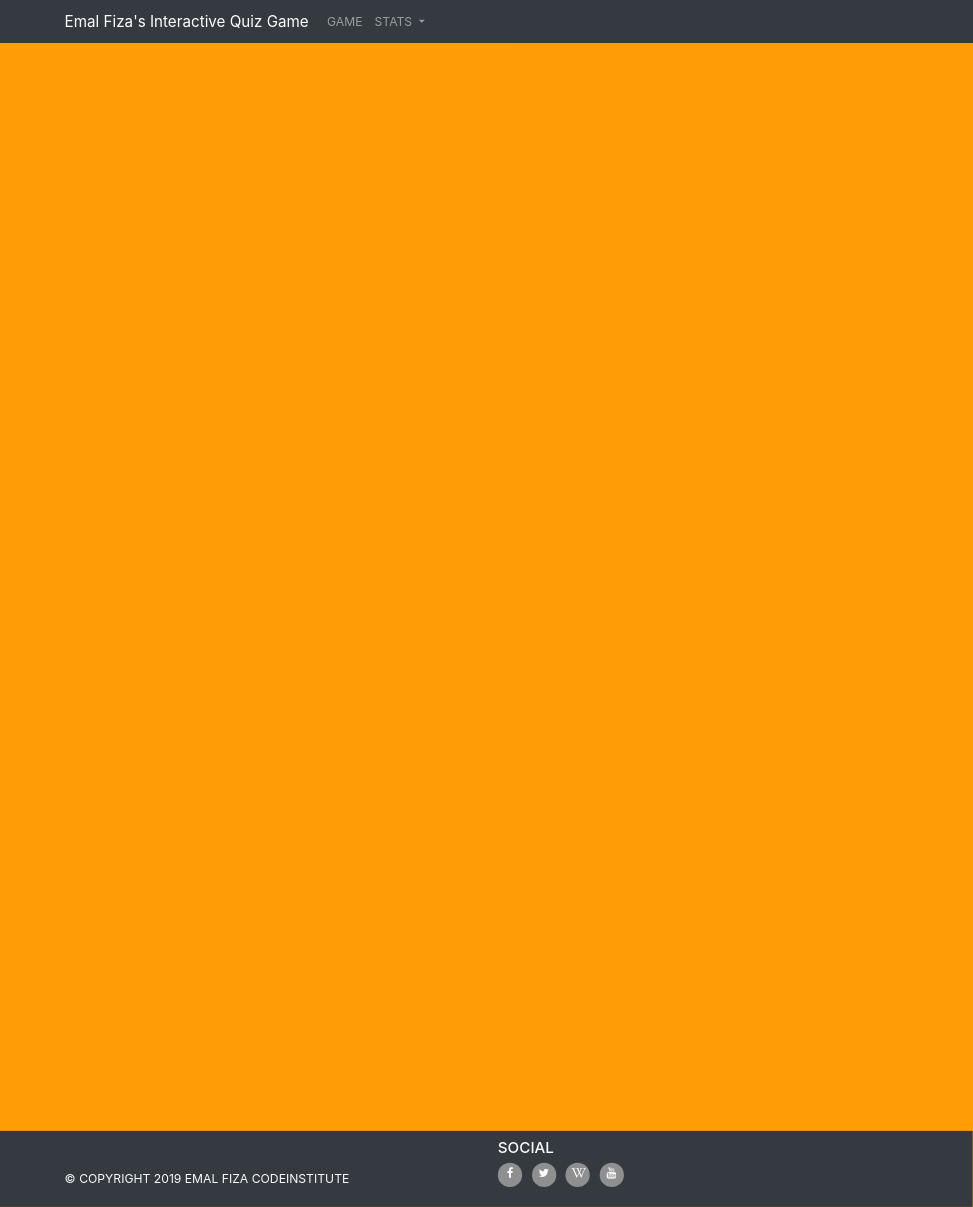
Repository: emalfiza/interactive-quiz-game
Page: index.html
The author's editor kept a record of every edit. The page is drawn from the files as they stood at one moment, then again after the next edit.
The browser window is 1280 px wide. The pictures show the whole page, at 76% of full size.
Some web fonts or font styles are not loaded; a fallback is used. Some web libraries are served in a nearby version.

Above is the page before.
Console error: TypeError: $(...).scrollspy is not a function

### index.html
<!DOCTYPE html>
<html lang="en">

<head>
    <meta charset="UTF-8">
    <meta name="viewport" content="width=device-width, initial-scale=1.0">
    <meta http-equiv="X-UA-Compatible" content="ie=edge">
    <!-- font awesome library -->
    <link rel="stylesheet" href="https://stackpath.bootstrapcdn.com/font-awesome/4.7.0/css/font-awesome.min.css" type="text/css">
    <!-- Bootstrap CDN -->
    <link rel="stylesheet" href="https://stackpath.bootstrapcdn.com/bootstrap/4.3.1/css/bootstrap.min.css" integrity="sha384-ggOyR0iXCbMQv3Xipma34MD+dH/1fQ784/j6cY/iJTQUOhcWr7x9JvoRxT2MZw1T" crossorigin="anonymous">
    <!-- local style sheet link to my css file comes after to make sure it render over bootstrap style -->
    <link rel="stylesheet" href="assets/css/style.css" type="text/css" />
    <title>Ineractive Quiz Game</title>
</head>

<body>
    <!-- Bootstrap navbar to hold the nav bar for the page -->
    <header>
        <nav id="mainNav" class="navbar navbar-expand-md bg-dark navbar-dark fixed-top">
            <div class="container">
                <a class="navbar-brand" href="#">Emal Fiza's Interactive Quiz Game</a>

                <!-- Toggler/collapsibe Button -->
                <button class="navbar-toggler" type="button" data-toggle="collapse" data-target="#collapsibleNavbar">
		        <span class="navbar-toggler-icon"></span>
		        </button>

                <!-- Navbar links -->
                <div class="collapse navbar-collapse" id="collapsibleNavbar">
                    <ul class="navbar-nav">
                        <li class="nav-item">
                            <a class="nav-link" href="game">GAME</a>
                        </li>
                        <li class="nav-item dropdown">
                            <a class="nav-link dropdown-toggle" data-toggle="dropdown" href="#">STATS
							<span class="caret"></span></a>
                            <ul class="dropdown-menu">
                                <li><a class="dropdown-item" href="#">Score</a></li>
                                <li><a class="dropdown-item" href="#">Correct Answers</a></li>
                            </ul>
                        </li>
                    </ul>
                </div>
            </div>
        </nav>
    </header>

    <!-- Main Bootstrap class padding 5 to hold the main content of the game -->
    <main class="pt-5">

        <!-- section to hold content for quiz game -->
        <section id="game" class="min-vw-100 min-vh-100">
            <!-- Bootsttrap predefined button class from the bootstarp ducomentation -->
            <div id="fullQuiz">
                <div>
                    <h1 id="heading1">TAKE THE QUIZ</h1>
                </div>
                <button id="physics" type="button" class="btn btn-primary">Physics</button>
                <button id="maths" type="button" class="btn btn-primary">Maths</button>
                <button id="general" type="button" class="btn btn-primary">General Knowledge</button>
                <button id="startButton" type="button">Start!</button>
            </div>
            <div id="quizDiv">
            </div>
        </section>

        <!-- section to hold content for stats of the game -->
        <section id="stats" class="min-vw-100 min-vh-100">

        </section>
    </main>

    <!--Footer html codes copy pasted from my Stream One Project: User-Centric Frontend Development - project-kabul Code Institute-->
    <footer class="container-fluid footer">
        <div class="container">
            <div class="row">
                <div class="col-sm-6">
                    <p class="uppercase general-sub special">&copy; Copyright 2019 Emal Fiza CodeInstitute</p>
                </div>
                <div class="col-sm-6">
                    <h5 class="uppercase general-sub">Social</h5>
                    <ul class="list-inline social-links">
                        <li class="list-inline-item">
                            <a target="_blank" href="https://www.facebook.com/places/Things-to-do-in-Kabul-Afghanistan/102164239825190/">
              <i class="fa fa-facebook" aria-hidden="true"></i>
              <span class="sr-only">Facebook</span>
            </a>
                        </li>
                        <li class="list-inline-item">
                            <a target="_blank" href="https://twitter.com/kabulnewstv">
              <i class="fa fa-twitter" aria-hidden="true"></i>
              <span class="sr-only">Twitter</span>
            </a>
                        </li>
                        <li class="list-inline-item">
                            <a target="_blank" href="https://en.wikipedia.org/wiki/Kabul">
              <i class="fa fa-wikipedia-w" aria-hidden="true"></i>
              <span class="sr-only">Wikipedia</span>
            </a>
                        </li>
                        <li class="list-inline-item">
                            <a target="_blank" href="https://www.youtube.com/watch?v=JuWQ4T8p5m0">
              <i class="fa fa-youtube" aria-hidden="true"></i>
              <span class="sr-only">YouTube</span>
            </a>
                        </li>
                    </ul>
                </div>
            </div>
        </div>

    </footer>

    <!-- Adding bootstrap javascript files and Jquery files -->
    <script src="https://code.jquery.com/jquery-3.4.1.min.js" integrity="sha256-CSXorXvZcTkaix6Yvo6HppcZGetbYMGWSFlBw8HfCJo=" crossorigin="anonymous">
    </script>
    <script src="https://cdnjs.cloudflare.com/ajax/libs/popper.js/1.14.7/umd/popper.min.js" integrity="sha384-UO2eT0CpHqdSJQ6hJty5KVphtPhzWj9WO1clHTMGa3JDZwrnQq4sF86dIHNDz0W1" crossorigin="anonymous">
    </script>
    <script src="https://stackpath.bootstrapcdn.com/bootstrap/4.3.1/js/bootstrap.min.js" integrity="sha384-JjSmVgyd0p3pXB1rRibZUAYoIIy6OrQ6VrjIEaFf/nJGzIxFDsf4x0xIM+B07jRM" crossorigin="anonymous">
    </script>
    <script src="https://code.jquery.com/jquery-3.1.0.js" integrity="sha256-slogkvB1K3VOkzAI8QITxV3VzpOnkeNVsKvtkYLMjfk=" crossorigin="anonymous">
    </script>
    <!-- Local JavaScript files links -->
    <script type="text/javascript" src="assets/js/main.js">
    </script>
    <script type="text/javascript" src="assets/js/questions.js">
    </script>
    <script type="text/javascript" src="assets/js/game.js">
    </script>
</body>

</html>

### assets/css/style.css
/*
▓█████  ███▄ ▄███▓ ▄▄▄       ██▓         █████▒██▓▒███████▒ ▄▄▄
▓█   ▀ ▓██▒▀█▀ ██▒▒████▄    ▓██▒       ▓██   ▒▓██▒▒ ▒ ▒ ▄▀░▒████▄
▒███   ▓██    ▓██░▒██  ▀█▄  ▒██░       ▒████ ░▒██▒░ ▒ ▄▀▒░ ▒██  ▀█▄
▒▓█  ▄ ▒██    ▒██ ░██▄▄▄▄██ ▒██░       ░▓█▒  ░░██░  ▄▀▒   ░░██▄▄▄▄██
░▒████▒▒██▒   ░██▒ ▓█   ▓██▒░██████▒   ░▒█░   ░██░▒███████▒ ▓█   ▓██▒
░░ ▒░ ░░ ▒░   ░  ░ ▒▒   ▓▒█░░ ▒░▓  ░    ▒ ░   ░▓  ░▒▒ ▓░▒░▒ ▒▒   ▓▒█░
 ░ ░  ░░  ░      ░  ▒   ▒▒ ░░ ░ ▒  ░    ░      ▒ ░░░▒ ▒ ░ ▒  ▒   ▒▒ ░
   ░   ░      ░     ░   ▒     ░ ░       ░ ░    ▒ ░░ ░ ░ ░ ░  ░   ▒
   ░  ░       ░         ░  ░    ░  ░           ░    ░ ░          ░  ░
                                                  ░


google font Amiri and Tomorrow imported from the google font the entire project*/
@import url('https://fonts.googleapis.com/css?family=Amiri:100,200,300,400,500,600,700|Tomorrow:100,200,300,400,500,600,700&display=swap');

/* Animation colour change css code copied from CodePen and slightly changed by myself */

body {
    animation: colorchange 45s infinite;
    /* animation-name followed by duration in seconds*/
    /* you could also use milliseconds (ms) or something like 2.5s */
    -webkit-animation: colorchange 45s infinite;
    /* Chrome and Safari */
}

@keyframes colorchange {
    0% {
        background: #ff0000;
    }
    25% {
        background: #ffc107;
    }
    50% {
        background: #0000ff;
    }
    75% {
        background: #008000;
    }
    100% {
        background: #ff0000;
    }
}

@-webkit-keyframes colorchange
/* Safari and Chrome - necessary duplicate */

    {
    0% {
        background: #ff0000;
    }
    25% {
        background: #ffc107;
    }
    50% {
        background: #0000ff;
    }
    75% {
        background: #008000;
    }
    100% {
        background: #ff0000;
    }
}

html,
body {
    margin: 0;
    padding: 0;
    overflow-x: hidden;
    /* to have smooth scroll effect */
    scroll-behavior: smooth;
}

/* Nav bar of the page */

/* to have the color changed when the scroltop() is greater than the height - main.js changes the color */

.scrolled {
    box-shadow: 0 .5rem 1rem grey;
    background-color: #ca2a67 !important;
    transition: background-color 400ms linear;
}

/* to toggle the color back with a smooth transition */

.fixed-top {
    transition: background-color 400ms linear;
}

.active {
    font-family: 'Amiri', sans-serif;
    font-weight: 700;
    color: white;
    transition: color 300ms linear, font-weight 300ms linear;
}

/* main content of the game page */
#center {
    position: absolute;
    width: 50%;
    height: 25%;
    top: 50%;
    left: 25%;
    margin: auto;
    border-radius: 20px;
}

.btn-primary {
    font-family: 'Amiri', Sans-Serif;
    position: relative;
    margin: auto;
}

/* */

#fullQuiz {
	width: 50%;
	margin: 0 auto;
	border-radius: 20px;
    animation: newColorChange 50s infinite;
	-webkit-animation: newColorChange 50s infinite; /* Chrome and Safari */
}
@keyframes newColorChange {
	0% {border-color: white; box-shadow: 0 0 30px black;}
	50% {border-color: black; box-shadow: 0 0 30px white;}
}

@-webkit-keyframes newColorChange {
	0% {border: 5px solid white; box-shadow: 0 0 30px black;}
	50% {border: 5px solid black; box-shadow: 0 0 30px white;}
}

#fullQuiz {
	display: flex;
	justify-content: center;
	flex-direction: column;
}

#quizDiv {
	margin: 0 auto;
	text-align: center;
}

#quiz {
    text-align: center;
    font-family: 'Tomorrow', sans-serif;
    text-shadow: 1px 1px 1px black;
}

h1{
    margin: 0 auto;
	text-align: center;
	font-family: 'Tomorrow', sans-serif;
	font-size: 60px;
	color: white;
	text-shadow: 1px 1px 1px black;
  }


h2 {
	color: white;
	text-shadow: 1px 1px 1px black;
}

h3{
	color: white;
	text-shadow: 1px 1px 1px black;
}

label {
	color: white;
	text-shadow: 1px 1px 1px black;
}


#questionDiv {
	margin: 0 auto;
	display: inline-block;
	padding-right: 20px;
}

input[type="radio"] {
	padding: 10px 10px;
}

#startButton {
	width: 20%;
	margin: 0 auto;
	height: 40px;
	border-radius: 4px;
	background-color: white;
	font-size: 16px;
	font-family: 'Amiri', sans-serif;
	box-shadow: 0 0 10px gray;
	margin-bottom: 40px;
}

#submitButton {
	margin-top: 40px;
	margin-bottom: 40px;
}

#startButton:focus {
	border-color: red;
}

/* Footer css codes copy pasted from my Stream One Project: User-Centric Frontend Development - project-kabul Code Institute */
footer {
    background-color: #343a40!important;
    color: #fafafa;
    min-height: 100px;
}

.footer {
    position: relative;
    left: 0;
    bottom: 0;
    width: 100%;
}

.uppercase {
    text-transform: uppercase;
}

/* --The font-family for the general-sub I copied from the bootsratp navbar "DevTool" of my home page
because I wanted my footer font family to match my navbar--*/

.general-sub {
    font-family: -apple-system, BlinkMacSystemFont, "Segoe UI", Roboto, "Helvetica Neue",
    Arial, "Noto Sans", sans-serif, "Apple Color Emoji", "Segoe UI Emoji", "Segoe UI Symbol", "Noto Color Emoji";
    margin-top: 10px;
}

.special {
    margin-left: 0px;
    margin-top: 50px;
}

.social-links {
    padding: 0;
}

.social-links li a i {
    position: relative;
    width: 32px;
    height: 32px;
    padding: 8px;
    border-radius: 50%;
    font-size: 15px;
    line-height: 12px;
    text-align: center;
    color: #fafafa;
    background-color: #8f8f8f;
    transition: all 0.40s ease-in-out;
    -moz-transition: all 0.40s ease-in-out;
    -webkit-transition: all 0.40s ease-in-out;
    -o-transition: all 0.40s ease-in-out;
}

.social-links li a i:hover {
    background-color: #252525;
}

### assets/js/main.js
$(function () {
  $(document).scroll(function () {
    var $nav = $(".fixed-top");
    $nav.toggleClass('scrolled', $(this).scrollTop() > $nav.height());
  });

});
/*
Got help from:
https://github.com/BlackrockDigital/startbootstrap-scrolling-nav/blob/master/js/scrolling-nav.js
*/
(function($) {
  "use strict"; // Start of use strict
  // Activate scrollspy to add active class to navbar items on scroll
  $('body').scrollspy({
    target: '#mainNav',
    offset: 56
  });

})(jQuery); // End of use strict


$(document).ready(function() {
    $.getJSON("assets/js/test.json", function(jsonObject) {
        console.log(jsonObject.quizTitle); // this will show the info it in firebug console
        console.log(jsonObject.questions[0].correctAnswer); // this will show the info it in firebug console
    });
});

### assets/js/questions.js
var physicsQuestions = [{
        question: "What is the first name of the famous scientist who gave us Newton’s three laws of motion?",
        choices: ["Albert Einstein", "Galileo Galilei", "Michael Faraday", "Isaac Newton"],
        answer: "Isaac Newton"
    },
    {
        question: "Bolometer is used to measure?",
        choices: ["Temperature", "Frequency", "Velocity", "Wavelength"],
        answer: "Temperature"
    },
    {
        question: "Which one of the following has the highest value of specific heat?",
        choices: ["Alcohol", "Methane", "Water", "Kerosene"],
        answer: "Water"
    },
    {
        question: "Product of Force and Velocity is called:",
        choices: ["Work", "Energy", "Power", "Momentum"],
        answer: "Power"
    },
    {
        question: "A man presses more weight on earth at:",
        choices: ["leaning Position", "Lying Position", "Standing Position", "Sitting position"],
        answer: "Standing Position"
    },
    {
        question: "If electrical conductivity increases with the increase of temperature of a substance, then it is a:",
        choices: ["Conductor", "Semiconductor", "Insulator", "Carborator"],
        answer: "Semiconductor"
    },
    {
        question: "With the increase of pressure, the boiling point of any substance",
        choices: ["Increases", "Becomes zero", "Decreases", "Remains Same"],
        answer: "Increases"
    },
    {
        question: "The rotational effect of a force on a body about an axis of rotation is described in terms of the",
        choices: ["Centre of gravity", "Centrifugal force", "Moment of force", "Centripetal force"],
        answer: "Moment of force"
    },
    {
        question: "What is the unit of Astronomical Distance?",
        choices: ["Weber", "Lux", "Angstrom", "Light year"],
        answer: "Light year"
    },
    {
        question: "What is the scale used for measuring the intensity of the earthquake?",
        choices: ["Richter Scale", "Quake Scale", "Metric Scale", "Epicentre Scale"],
        answer: "Richter Scale"
    }
];

var mathsQuestions = [{
        question: "You are travelling down the motorway at 60 m/s. How long will it take you to cover a distance of 30,000 metres?",
        choices: ["750 seconds", "50 seconds", "500 seconds", "1050 seconds"],
        answer: "500 second"
    },
    {
        question: "Convert you last answer from seconds to minutes. How many minutes does it therefore take you to travel 30,000 metres at 60m/s?",
        choices: ["8.33 mins", "0.833 mins", "12.5 min", "17.5 mins"],
        answer: "8.33 mins"
    },
    {
        question: "Aamina and Emal Fiza are working on a maths project together, and together they are being paid a total of £10,000 in the ratio 6:4 respectively. How much does Emal get paid?",
        choices: ["£5000", "£6000", "£4000", "£3750"],
        answer: "£4000"
    },
    {
        question: "Emal Fiza suffers from the case of a broken nose and the size of his nose increases by 2.5% each month. If his nose measured 4 cm at the beginning of December, what does his nose measure mid-April?",
        choices: ["4.42 cm", "4.31 cm", "4.20 cm", "4.3 cm"],
        answer: "4.42 cm"
    },
    {
        question: "You are travelling in the shape of a right-handed triangle, with sides measuring - hypotenuse 50m and adjacent 43m. what is the length of the opposite side?",
        choices: ["423 m", "754 m", "534 m", "651 m"],
        answer: "651 m"
    },
    {
        question: "How much does the angle between the given adjacent and hypotenuse in the last question measure?",
        choices: ["50 degrees", "90 degrees", "40.7 degrees", "94.55 degrees"],
        answer: "40.7 degrees"
    },
    {
        question: "What is 567,846 rounded to the nearest 10",
        choices: ["567,800", "567,850", "567,840", "570,000"],
        answer: "567,850"
    },
    {
        question: "Emal Fiza and Aamina are playing a quiz. For every 5 questions Aamina scores correctly, Emal scores one correct question. How many questions does Emal get correct if Aamina gets 70 questions correct?",
        choices: ["14", "23", "11", "50"],
        answer: "14"
    },
    {
        question: "If you have a straight line 3y = 6x+5; what is the gradient of the line?",
        choices: ["6", "2", "5", "18"],
        answer: "2"
    },
    {
        question: "What Is the y-intercept of the straight line of equation 3y = 6x+5?",
        choices: ["3", "6", "5", "1.7"],
        answer: "5"
    }
];

var generalQuestions = [{
        question: "Which chess piece is of the lowest theoretical value?",
        choices: ["Knight", "Castle", "Bishop", "Pawn"],
        answer: "Pawn"
    },
    {
        question: "What is the capital of Canada?",
        choices: ["Montreal", "Ottawa", "Toronto", "Vancouver"],
        answer: "Ottawa"
    },
    {
        question: "Who was the first man on the moon?",
        choices: ["Buzz Aldrin", "Yuri Gagarin", "Neil Armstrong", "John Glennr"],
        answer: "Neil Armstrong"
    },
    {
        question: "According to the Bible, what was the name of the town which was the birthplace of Jesus Christ?",
        choices: ["Nazareth", "Bethlehem", "Jerusalem", "Gethsemane"],
        answer: "Bethlehem"
    },
    {
        question: "What number is represented by the letters XIX in Roman numerals?",
        choices: ["19", "16", "11", "21"],
        answer: "19"
    },
    {
        question: "Name the third known major planet from the sun in our solar system.",
        choices: ["Venus", "Jupiter", "Mars", "Earth"],
        answer: "Earth"
    },
    {
        question: "What is the biggest living fish in the ocean?",
        choices: ["white shark", "Whale", "Tuna", "Barracuda"],
        answer: "Whale"
    },
    {
        question: "In which African country is Timbuktu?",
        choices: ["Algeria", "Chad", "Mali", "Nigeria"],
        answer: "Mali"
    },
    {
        question: "Name the traditional and popular wrestling sport of Japan.",
        choices: ["Sumo", "Origami", "Ikebana", "NKendo"],
        answer: "Sumo"
    },
    {
        question: "Name the capital of Australia.",
        choices: ["Melbourne", "Sydney", "Perth", "Canberra"],
        answer: "Canberra"
    }
];

### assets/js/game.js
var id = '';
var allQuestions = [];
var startOptions = $('#game>#center');
var totalScore = 0
var questionNumber = 0
var gameQuiz = $('#fullQuiz');
gameQuiz.hide();

$("button").click(function(){
    id = $(this).attr('id');
    startOptions.hide();
    gameQuiz.show();

    switch(id){

    case 'physics' :
        allQuestions = physicsQuestions;
        break;

    case 'maths' :
        allQuestions = mathsQuestions;
        break;
    case 'general' :
        allQuestions = generalQuestions;
        break;
    }
});


var correct = function () {
	totalScore += 1;
	questionNumber += 1;
	$("#questionDiv").remove();
	$("#quizDiv").append("<h3 id='correct'>That's Correct!</h3>");
	$("#correct").append("<p>Your score is " + totalScore)
	$("#correct").append("<button id='nextButton'>Next Question</button>");
	$("#nextButton").click(function(){
		$("#correct").remove();
		if(questionNumber === 10) {
			final();
		}
		else {
			question(questionNumber);
		}
	});
}

var incorrect = function () {
	questionNumber +=1;
	$("#questionDiv").remove();
	$("#quizDiv").append("<h3 id='incorrect'>Sorry, that's incorrect!</h3>");
	$("#incorrect").append("<p>Your score is " + totalScore)
	$("#incorrect").append("<button id='nextButton'>Next Question</button>");
	$("#nextButton").click(function(){
		$("#incorrect").remove();
		if(questionNumber === 10) {
			final();
		} else {
			question(questionNumber);
		}
	});
}

var back = function () {
  if (questionNumber > 0) {
    questionNumber -= 1;
    $("#questionDiv").remove();
    question(questionNumber);
  } else {
    alert("This is the first question!")
  }
}

var final = function() {
	if (totalScore >= 3) {
		$("#quizDiv").append("<h3>Congratulations! Your final score was " + totalScore + "</h3>")
	}
	else {
		$("#quizDiv").append("<h3>Sorry! Your final score was only " + totalScore + "</h3>")
	}
}

var question = function (i) {
	$("#quizDiv").append("<div id='questionDiv'></div>");
	$("#questionDiv").append("<h2>Question " + (i + 1) + "</h1>");
	$("#questionDiv").append("<h3>" + allQuestions[i].question + "</h3>");
	$("#questionDiv").append("<input type = 'radio' name='questionChoices' value ='" + allQuestions[i].choices[0] + "'>" + "</input>");
	$("#questionDiv").append("<label for = " + allQuestions[i].choices[0] + ">" + allQuestions[i].choices[0] + "&nbsp;" + "</label>")
	$("#questionDiv").append("<input type = 'radio' name='questionChoices' value = '" + allQuestions[i].choices[1] + "'>" + "</input>");
	$("#questionDiv").append("<label for = " + allQuestions[i].choices[1] + ">" + allQuestions[i].choices[1] + "&nbsp;" + "</label>")
	$("#questionDiv").append("<input type = 'radio' name='questionChoices' value = '" + allQuestions[i].choices[2] + "'>" + "</input>");
	$("#questionDiv").append("<label for = " + allQuestions[i].choices[2] + ">" + allQuestions[i].choices[2] + "&nbsp;" + "</label>")
	$("#questionDiv").append("<input type = 'radio' name='questionChoices' value = '" + allQuestions[i].choices[3] + "'>" + "</input>");
	$("#questionDiv").append("<label for = " + allQuestions[i].choices[3] + ">" + allQuestions[i].choices[3] + "&nbsp;" + "</label>" + "</br>")
	$("#questionDiv").append("<button id='backButton'>Back</button>" + "<button id='submitButton'>Submit</button>");
  $("#backButton").click(function() {
    back();
  })
	$("#submitButton").click(function() {
		if($('input:radio[name=questionChoices]:checked').val() === allQuestions[i].answer) {
			correct();
		}
   else if (!$('input:radio[name=questionChoices]').is(':checked') ) {
		  alert("Please insert a value!")
		}
		else {
			incorrect();
		}
	});
}

$(document).ready(function() {
	$("#startButton").click(function() {
		$(this).hide();
		question(questionNumber);
	})
});

After the next edit:
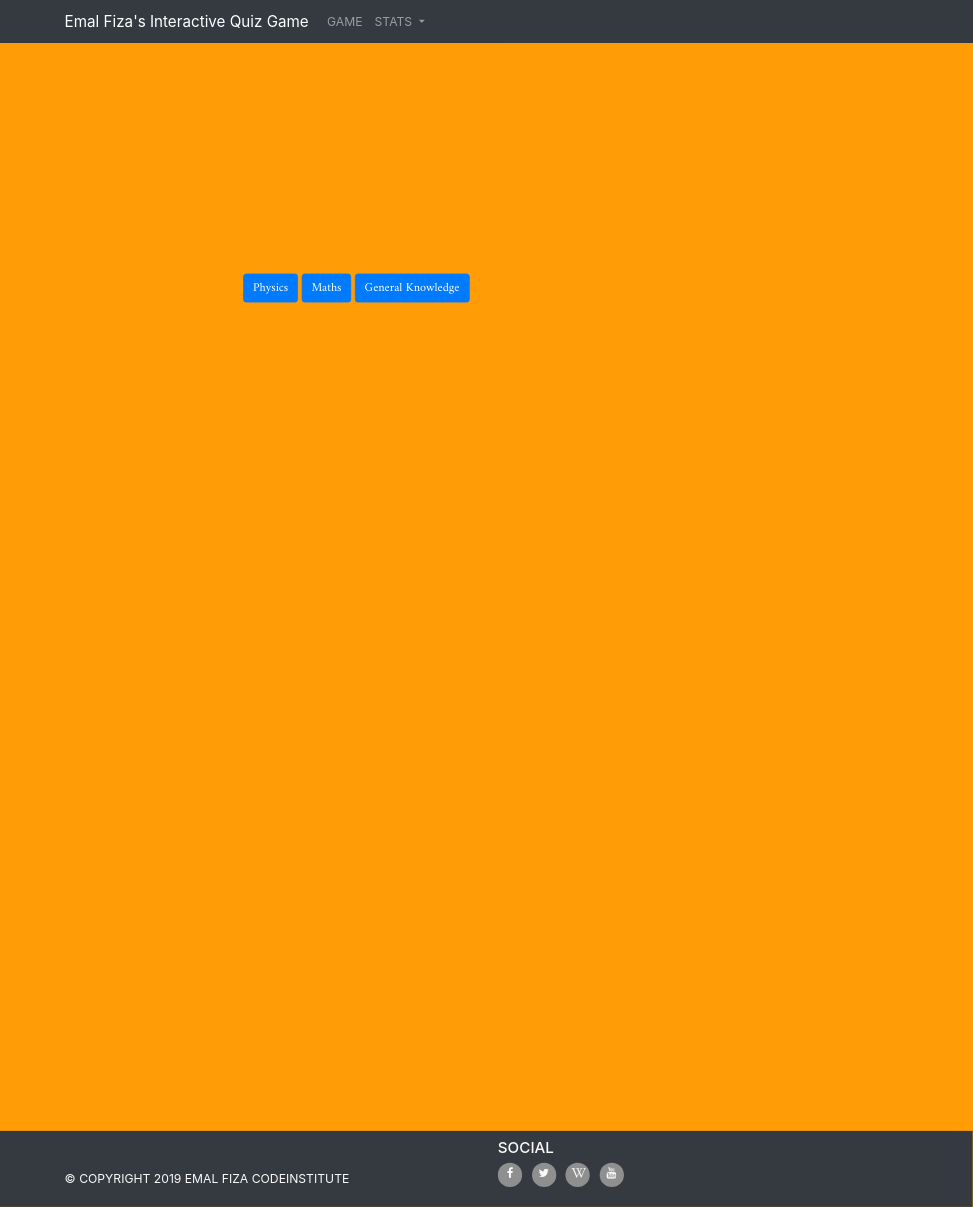
The edit:
--- a/index.html
+++ b/index.html
@@ -52,6 +52,11 @@
         <!-- section to hold content for quiz game -->
         <section id="game" class="min-vw-100 min-vh-100">
             <!-- Bootsttrap predefined button class from the bootstarp ducomentation -->
+            <div id="center">
+				<button id="physics" type="button" class="btn btn-primary">Physics</button>
+				<button id="maths" type="button" class="btn btn-primary">Maths</button>
+				<button id="general" type="button" class="btn btn-primary">General Knowledge</button>
+			</div>
             <div id="fullQuiz">
                 <div>
                     <h1 id="heading1">TAKE THE QUIZ</h1>
